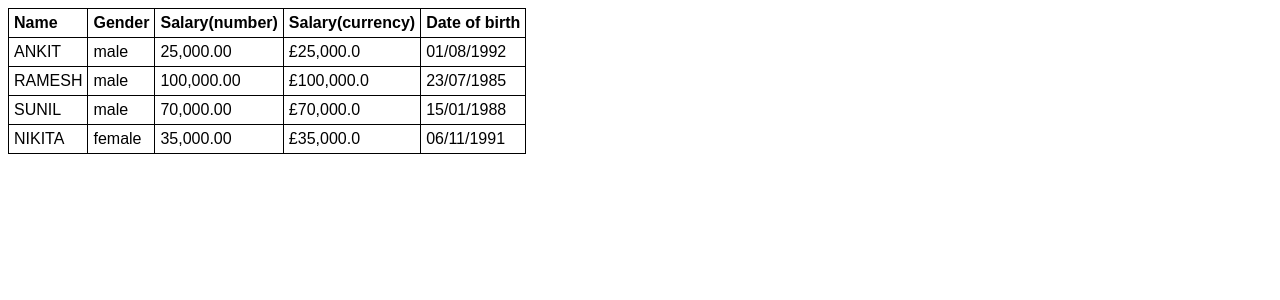
Repository: ammoreloaded/WebProjectFirst
Page: homework/WebProjectFirst/web/filterDemo.html
These files come from the project's save history. The page is drawn as it stood at one moment and after the next save; the edit follows.
The browser window is 1280 px wide. The pictures show the whole page.

Above is the page before, as saved 2016-05-19 15:17:17.

After the next save:
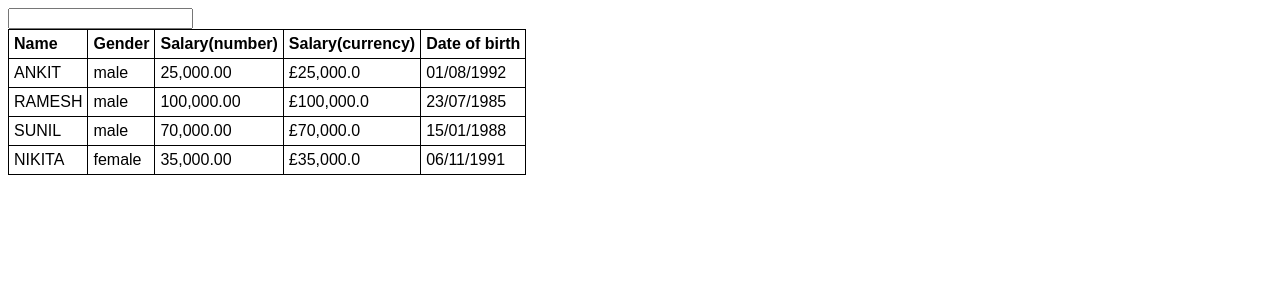
Saved 83 s later.
--- a/homework/WebProjectFirst/web/filterDemo.html
+++ b/homework/WebProjectFirst/web/filterDemo.html
@@ -7,6 +7,7 @@
 </head>
 <body ng-controller="myController">
 	<div>
+	<input type = "number" step = "1">
 		<table>
 			<thead>
 				<tr>
